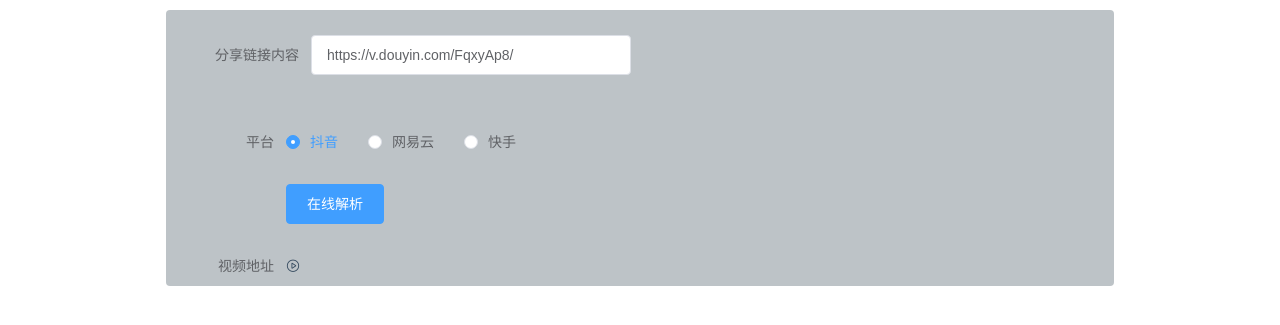
Repository: lyln/freepd
Page: / (app in frontend/freepd/)
An editor plug-in stored every save of this project. The page is shown before and after the next save, followed by the edit.
The browser window is 1280 px wide. The pictures show the whole page.
The project was rebuilt for these pictures with package versions that can differ from the ones it lists, and the page was loaded fresh each time.

Above is the page before, as saved 2022-05-26 09:48:03.

After the next save:
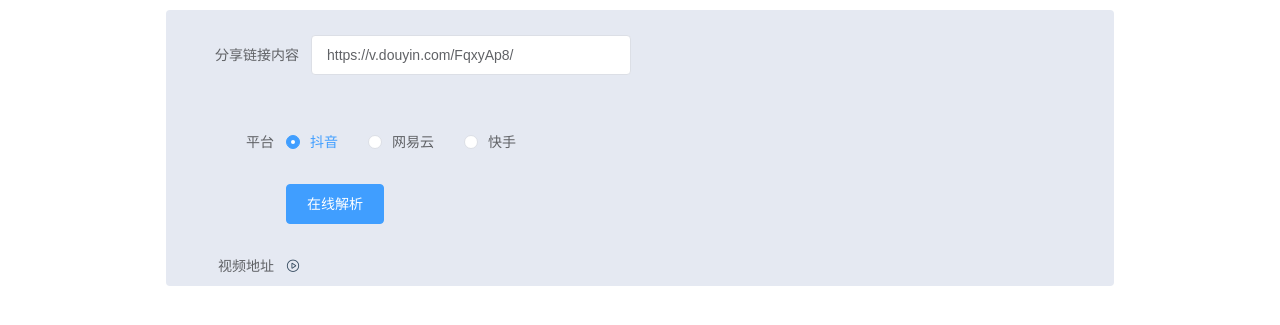
Saved 65 s later.
--- a/frontend/freepd/src/components/HelloWorld.vue
+++ b/frontend/freepd/src/components/HelloWorld.vue
@@ -1,7 +1,7 @@
 <template>
 	<el-row type="flex" justify="center">
 		<el-col :span="18">
-			<div class="grid-content bg-purple">
+			<div class="grid-content bg-purple-light">
 				<el-form ref="form" :model="form" label-width="120px" class="fpd-form">
 					<el-form-item label="分享链接内容" style="padding: 25px;">
 						<el-input v-model="form.url"></el-input>
